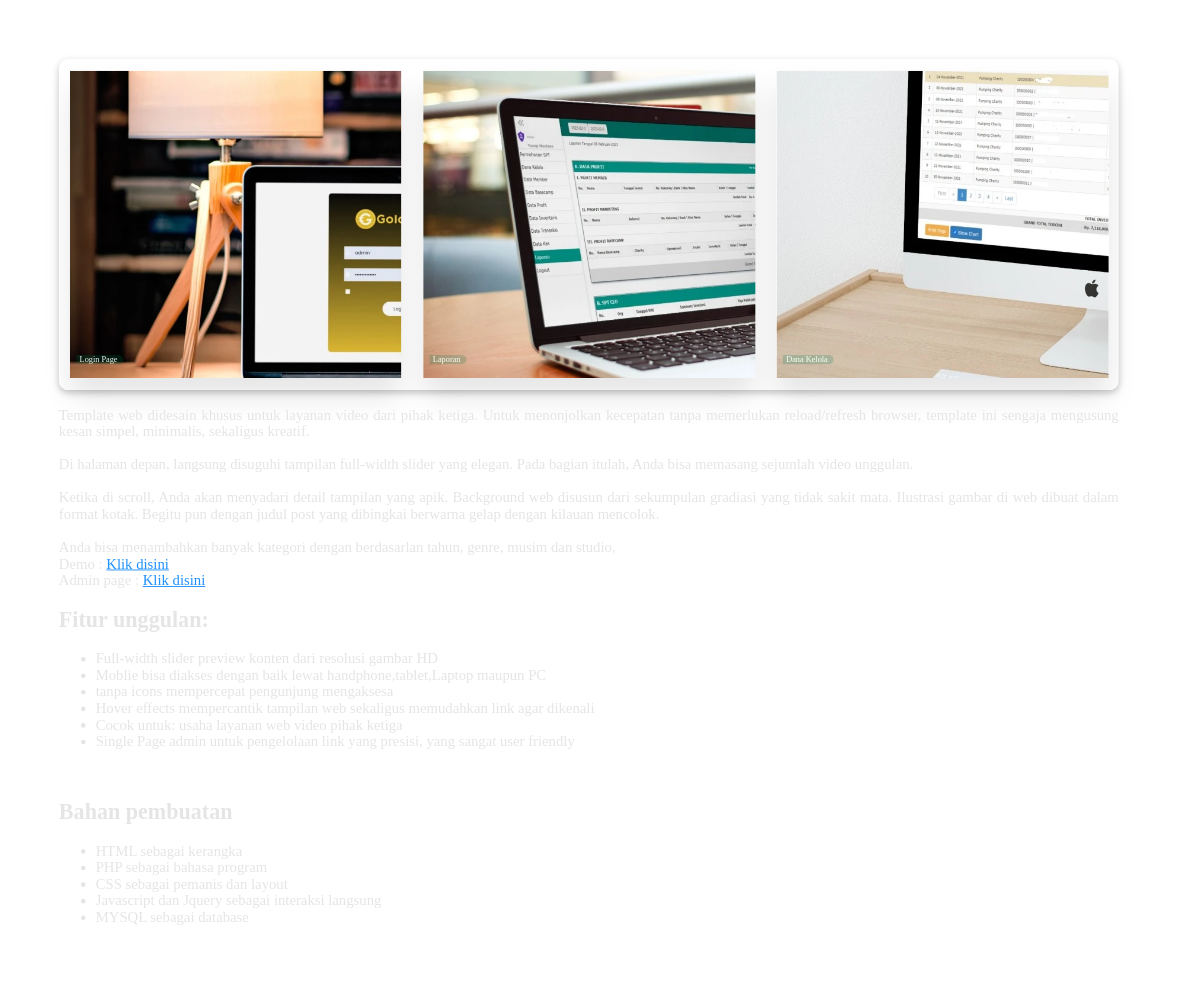
Repository: yusup-maulana/yusup-maulana.github.io
Page: portofolio-webanime.html
An editor plug-in stored every save of this project. The page is shown before and after the next save, followed by the edit.
The browser window is 1280 px wide. The pictures show the whole page, at 92% of full size.
Some web fonts or font styles are not loaded; a fallback is used.

Above is the page before, as saved 2023-03-15 17:17:57.

### portofolio-webanime.html
<style type="text/css">
  @import url("https://fonts.googleapis.com/css?family=Baloo+Chettan+2&display=swap");

  .body2::-webkit-scrollbar {
    width: 0.5em;
  }

  .body2::-webkit-scrollbar-track {
    box-shadow: inset 0 0 6px rgb(167 167 167 / 41%);
    background-color: #061e29;
  }

  .body2::-webkit-scrollbar-thumb {
    background-color: #00f1ffab;
  }

  .body2 {
    font-family: "Baloo Chettan 2";
    color: #e5e5e5;
    margin: 2%;
    text-align: justify;
    padding: 3%;
  }

  .body2 a {
    color: dodgerblue;
  }

  /* table wisata ...................*/
  .twisata {
  }

  .twisata tr {
    background: linear-gradient(90deg, #1193a1, transparent);
    color: white;
    font-weight: 900;
    border: 3px solid #ffffff;
  }

  .twisata tr td {
  }

  .twisata tr td span {
    background: #bdffda;
    font-weight: 900;
    padding: 1px 6px;
    border-radius: 5px;
    color: #08102b;
  }

  /* wisata-container ...................*/
  .container-wisata {
    box-shadow: rgb(0 0 0 / 24%) 0px 3px 8px;
    display: flex;
    width: 100%;
    padding: 1% 0%;
    box-sizing: border-box;
    height: 50vh;
    border-radius: 10px;
  }

  .boxwisata {
    flex: 1;
    overflow: hidden;
    transition: 0.5s;
    margin: 1px 1%;
    box-shadow: 0 20px 30px rgba(0, 0, 0, 0.1);
    line-height: 0;
  }

  .boxwisata > img {
    width: 200%;
    height: calc(100% - 10vh);
    object-fit: cover;
    transition: 0.5s;
    height: 100% !important;
  }

  .boxwisata > span {
    position: relative;
    left: 7px;
    font-size: xx-small;
    color: #f5fff7 !important;
    bottom: 20px;
    white-space: nowrap;
    background-color: rgb(1 118 74 / 20%);
    padding: 0 6px 0 4px;
    border-radius: 0 10px 10px 0;
  }

  .boxwisata:hover {
    flex: 1 1 50%;
  }

  .boxwisata:hover > img {
    width: 100%;
    height: 100%;
  }
</style>
<div class="container-wisata">
  <div class="boxwisata">
    <img alt="Curug Cipalasari" src="IMG/pumpingcharity/man.pumpingc1.webp" />
    <span>Login Page</span>
  </div>
  <div class="boxwisata">
    <img alt="Curug Cipalasari" src="IMG/pumpingcharity/man.pumpingc2.webp" />
    <span>Laporan</span>
  </div>
  <div class="boxwisata">
    <img alt="Curug Cipalasari" src="IMG/pumpingcharity/man.pumpingc3.webp" />
    <span>Dana Kelola</span>
  </div>
</div>
<br />

<body class="body2">
  Template web didesain khusus untuk layanan video dari pihak ketiga. Untuk
  menonjolkan kecepatan tanpa memerlukan reload/refresh browser, template ini
  sengaja mengusung kesan simpel, minimalis, sekaligus kreatif. <br /><br />
  Di halaman depan, langsung disuguhi tampilan full-width slider yang elegan.
  Pada bagian itulah, Anda bisa memasang sejumlah video unggulan.
  <br /><br />
  Ketika di scroll, Anda akan menyadari detail tampilan yang apik. Background
  web disusun dari sekumpulan gradiasi yang tidak sakit mata. Ilustrasi gambar
  di web dibuat dalam format kotak. Begitu pun dengan judul post yang dibingkai
  berwarna gelap dengan kilauan mencolok.
  <br /><br />
  Anda bisa menambahkan banyak kategori dengan berdasarlan tahun, genre, musim
  dan studio, <br />
  Demo :
  <a target="_blank" href="https://maulanaproject1.000webhostapp.com/"
    >Klik disini</a
  ><br />
  Admin page :
  <a
    target="_blank"
    href="https://maulanaproject1.000webhostapp.com/anime/admin_utama.php"
    >Klik disini</a
  ><br />
  <h2>Fitur unggulan:</h2>
  <ul>
    <li>Full-width slider preview konten dari resolusi gambar HD</li>
    <li>
      Moblie bisa diakses dengan baik lewat handphone,tablet,Laptop maupun PC
    </li>
    <li>tanpa icons mempercepat pengunjung mengaksesa</li>
    <li>
      Hover effects mempercantik tampilan web sekaligus memudahkan link agar
      dikenali
    </li>
    <li>Cocok untuk: usaha layanan web video pihak ketiga</li>
    <li>
      Single Page admin untuk pengelolaan link yang presisi, yang sangat user
      friendly
    </li>
  </ul>
  <br />
  <h2>Bahan pembuatan</h2>
  <ul>
    <li>HTML sebagai kerangka</li>
    <li>PHP sebagai bahasa program</li>
    <li>CSS sebagai pemanis dan layout</li>
    <li>Javascript dan Jquery sebagai interaksi langsung</li>
    <li>MYSQL sebagai database</li>
  </ul>
</body>

After the next save:
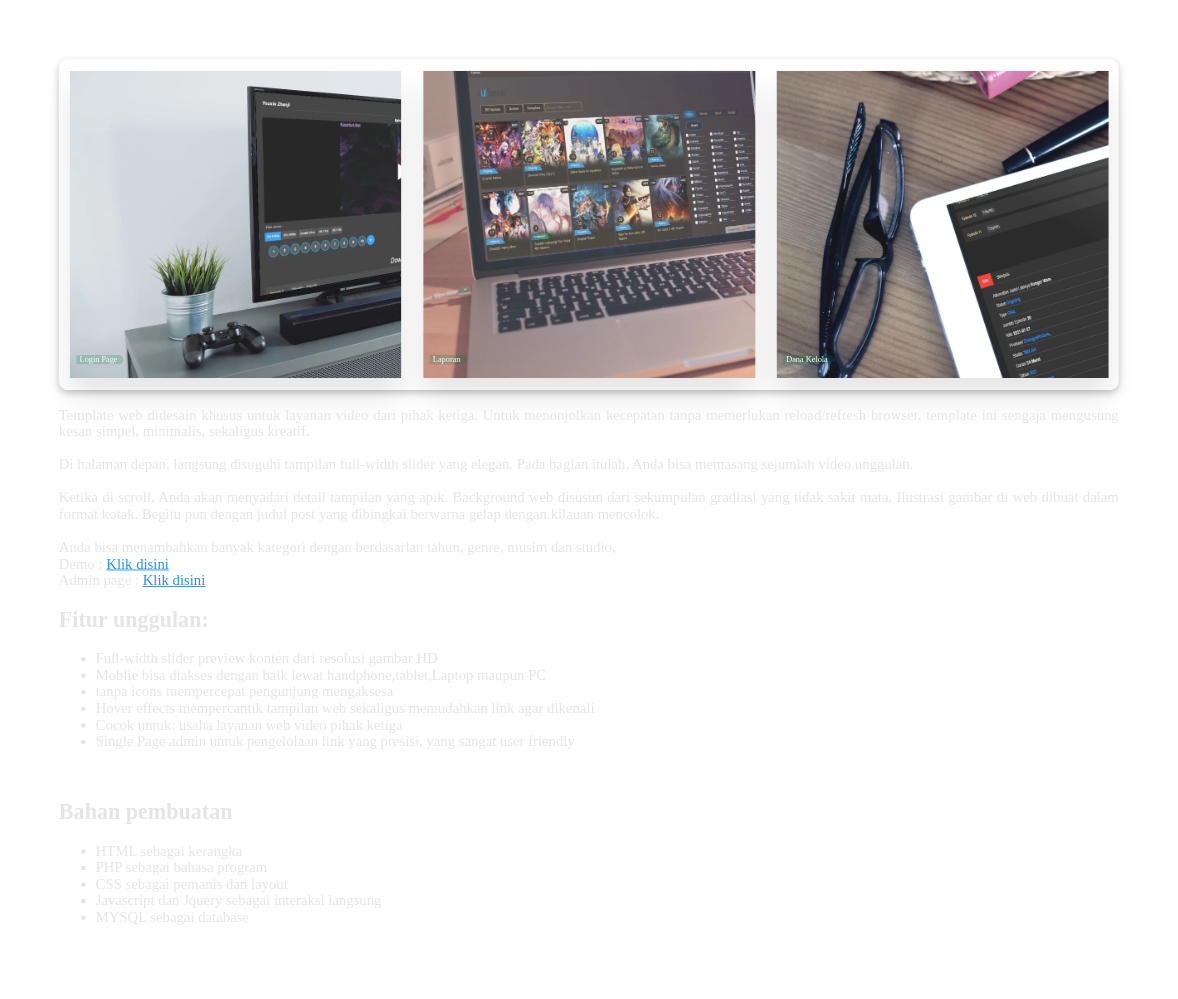
Saved 50 s later.
--- a/portofolio-webanime.html
+++ b/portofolio-webanime.html
@@ -99,15 +99,15 @@
 </style>
 <div class="container-wisata">
   <div class="boxwisata">
-    <img alt="Curug Cipalasari" src="IMG/pumpingcharity/man.pumpingc1.webp" />
+    <img alt="Curug Cipalasari" src="IMG/websiteanime/webanime1.webp" />
     <span>Login Page</span>
   </div>
   <div class="boxwisata">
-    <img alt="Curug Cipalasari" src="IMG/pumpingcharity/man.pumpingc2.webp" />
+    <img alt="Curug Cipalasari" src="IMG/websiteanime/webanime2.webp" />
     <span>Laporan</span>
   </div>
   <div class="boxwisata">
-    <img alt="Curug Cipalasari" src="IMG/pumpingcharity/man.pumpingc3.webp" />
+    <img alt="Curug Cipalasari" src="IMG/websiteanime/webanime3.webp" />
     <span>Dana Kelola</span>
   </div>
 </div>
